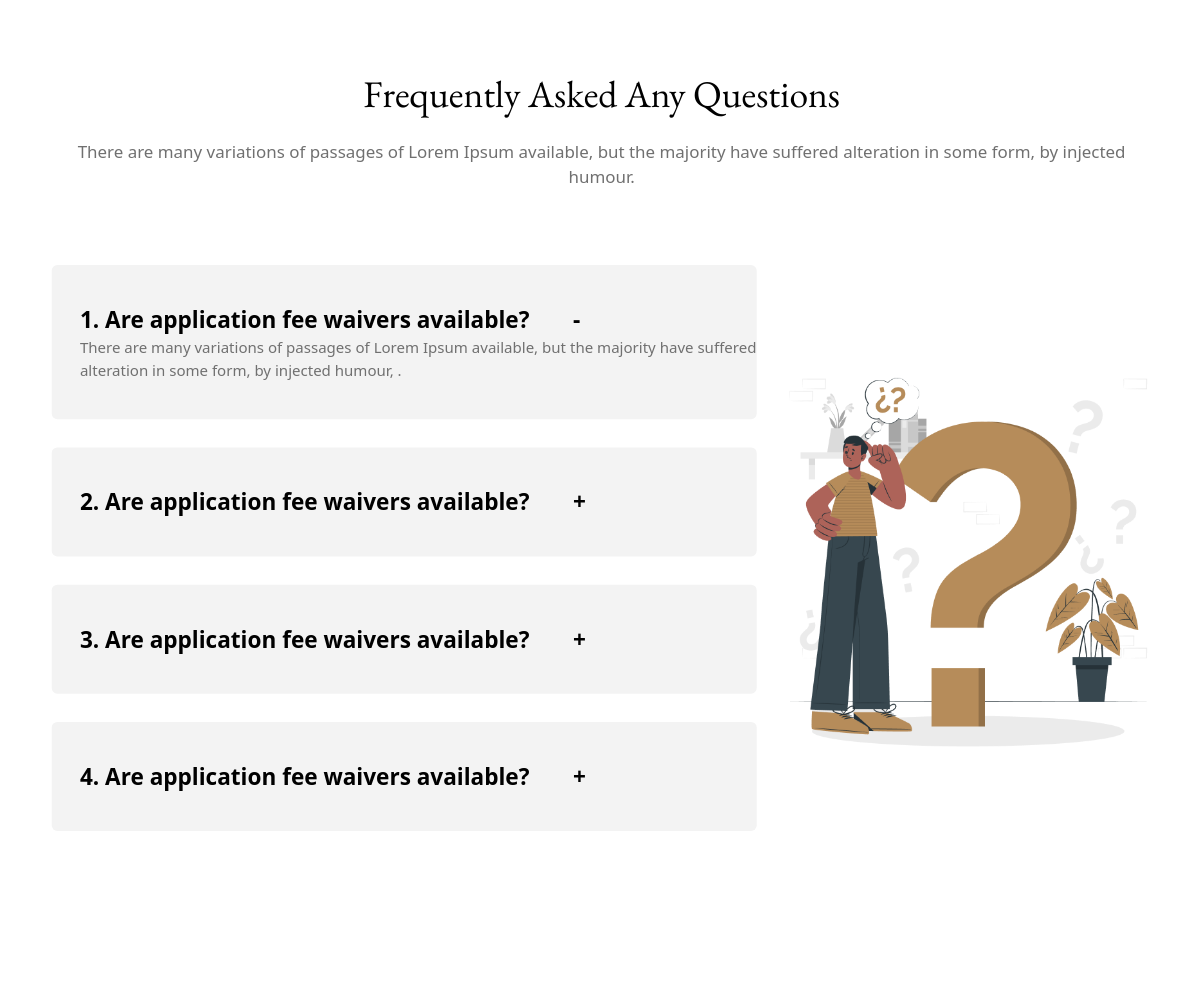
Repository: nahid-hasann/website-6
Page: index.html
The author's editor kept a copy of each file at every save. The page is drawn from the files as they stood at one save, then again after the next save.
The browser window is 1280 px wide. The pictures show the whole page, at 94% of full size.

Above is the page before, as saved 2025-07-21 15:58:28.

After the next save:
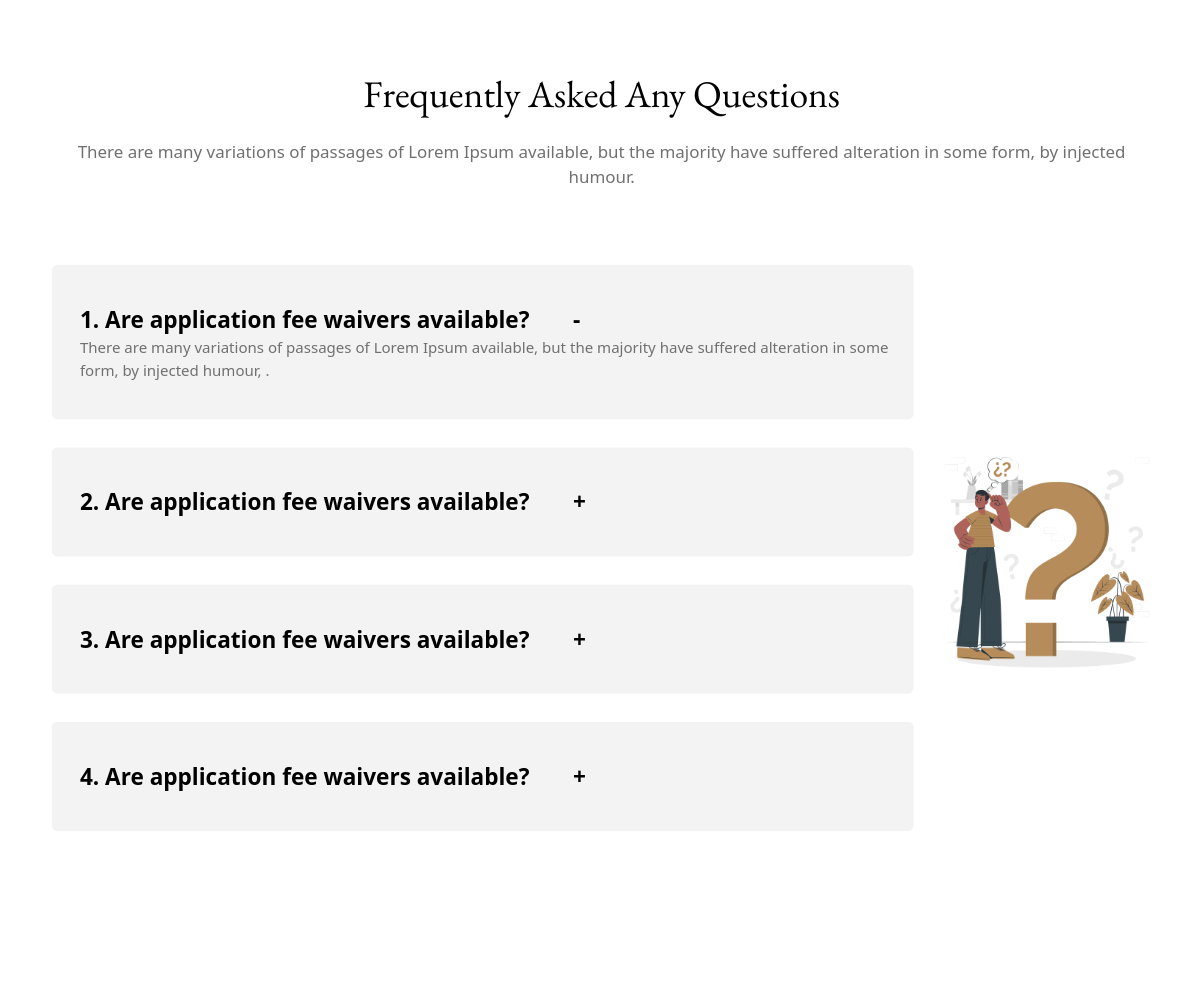
Saved 4 s later.
--- a/index.html
+++ b/index.html
@@ -103,7 +103,7 @@
          <p class="xl:text-[18px] text-center text-[#707070] mt-[18px] sm:text-[13px] sm:px-[20px] mb-[40px]">There are many variations of passages of Lorem Ipsum available, but the majority have suffered alteration in some form, by injected humour.</p>
 
          <div class="ques-img lg:flex lg:justify-around lg:items-center lg:gap-[30px] lg:mt-[80px] ">
-             <div class="lg:w-">
+             <div class="lg:w-2/1">
                  <div class=" bg-[#f3f3f3] pl-[30px] py-[40px] rounded-md mb-[30px]">
                     <h1 class="lg:text-[24px] font-extrabold">1. Are application fee waivers available? <span class="ml-[40px]">-</span> </h1>
                     <p class="text-[#707070]">There are many variations of passages of Lorem Ipsum available, but the majority have suffered alteration in some form, by injected humour, . </p>
